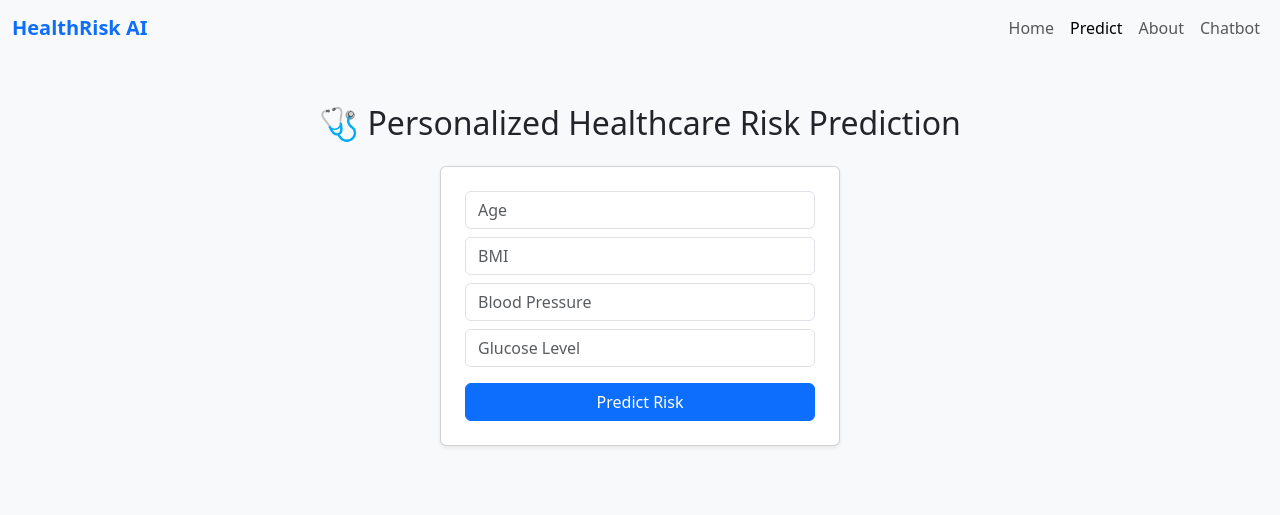
Repository: vipinsamy-sys/ML-health_tracker
Page: http://localhost/
The author's editor kept a copy of each file at every save. The page is drawn from the files as they stood at one save, then again after the next save.
The browser window is 1280 px wide. The pictures show the whole page.
The page is served by the project's application, run on Flask 3 (app.py).

Above is the page before, as saved 2025-10-31 00:43:36.

### templates/index.html
<!DOCTYPE html>
<html lang="en">
<head>
  <meta charset="UTF-8">
  <title>Predict - HealthRisk AI</title>
  <link rel="stylesheet" href="https://cdn.jsdelivr.net/npm/bootstrap@5.3.0/dist/css/bootstrap.min.css">
</head>
 <!-- Navbar -->
  <nav class="navbar navbar-expand-lg navbar-light">
    <div class="container-fluid">
      <a class="navbar-brand fw-bold text-primary" href="index.html">HealthRisk AI</a>
      <button class="navbar-toggler" type="button" data-bs-toggle="collapse" data-bs-target="#navbarNav" aria-controls="navbarNav">
        <span class="navbar-toggler-icon"></span>
      </button>
      <div class="collapse navbar-collapse" id="navbarNav">
        <ul class="navbar-nav ms-auto">
          <li class="nav-item"><a class="nav-link" href="index.html">Home</a></li>
          <li class="nav-item"><a class="nav-link active" href="predict.html">Predict</a></li>
          <li class="nav-item"><a class="nav-link" href="about.html">About</a></li>
          <li class="nav-item"><a class="nav-link" href="#" onclick="openChatbot();return false;">Chatbot</a></li>
        </ul>
      </div>
    </div>
  </nav>
<body class="bg-light">
  <div class="container text-center mt-5">
    <h2 class="mb-4">🩺 Personalized Healthcare Risk Prediction</h2>
    <form action="/predict" method="POST" class="card p-4 shadow-sm mx-auto" style="max-width:400px;">
      <input type="number" class="form-control mb-2" name="age" placeholder="Age" required>
      <input type="number" class="form-control mb-2" name="bmi" placeholder="BMI" required step="0.1">
      <input type="number" class="form-control mb-2" name="bp" placeholder="Blood Pressure" required>
      <input type="number" class="form-control mb-3" name="glucose" placeholder="Glucose Level" required>
      <button class="btn btn-primary w-100">Predict Risk</button>
    </form>
    {% if result %}
      <div class="alert alert-info mt-4">{{ result }}</div>
    {% endif %}
  </div>
</body>
</html>

### app.py
from flask import Flask, request, render_template, jsonify
import joblib
import numpy as np

app = Flask(__name__)

model = joblib.load('model/model.pkl')

@app.route('/')
def home():
    return render_template('index.html')

@app.route('/predict', methods=['POST'])
def predict():
    try:
        age = float(request.form['age'])
        bmi = float(request.form['bmi'])
        bp = float(request.form['bp'])
        glucose = float(request.form['glucose'])

        input_data = np.array([[age, bmi, bp, glucose]])
        prediction = model.predict(input_data)[0]

        result = "⚠️ High Risk" if prediction == 1 else "✅ Low Risk"
        return render_template('index.html', result=result)

    except Exception as e:
        return jsonify({'error': str(e)})

if __name__ == "__main__":
    app.run(debug=True)

After the next save:
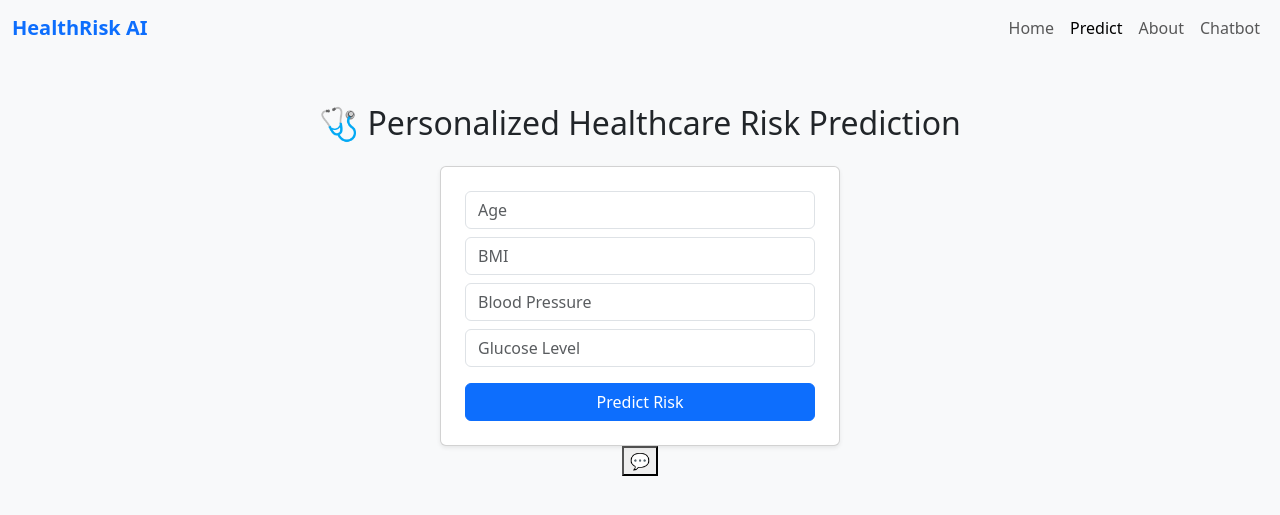
Saved 47 s later.
--- a/templates/index.html
+++ b/templates/index.html
@@ -35,6 +35,36 @@
     {% if result %}
       <div class="alert alert-info mt-4">{{ result }}</div>
     {% endif %}
+    <!-- Floating Chatbot Button -->
+  <button class="chatbot-fab" id="open-fab" onclick="openChatbot();" title="Open Chatbot">💬</button>
+  <div class="chatbot-popup d-none" id="chatbotPopup">
+    <div class="chatbot-header">
+      <span><b>HealthBot</b></span>
+      <button onclick="closeChatbot();" class="btn btn-sm btn-light">&times;</button>
+    </div>
+    <div class="chatbot-body">
+      <div class="text-secondary small mb-2">Ask about health, diet, or prevention tips!</div>
+
+    </div>
+    <div class="chatbot-footer d-flex">
+      <input type="text" class="form-control me-2" disabled placeholder="Type your question... (demo only)">
+      <button class="btn btn-success" disabled>Send</button>
+    </div>
+  </div>
+  <script>
+    function openChatbot() {
+      document.getElementById('chatbotPopup').classList.remove('d-none');
+      document.getElementById('open-fab').style.display = 'none';
+    }
+    function closeChatbot() {
+      document.getElementById('chatbotPopup').classList.add('d-none');
+      document.getElementById('open-fab').style.display = '';
+    }
+    function showResult(event) {
+      event.preventDefault();
+      document.getElementById('resultBox').classList.remove('d-none');
+    }
+  </script>
   </div>
 </body>
 </html>
